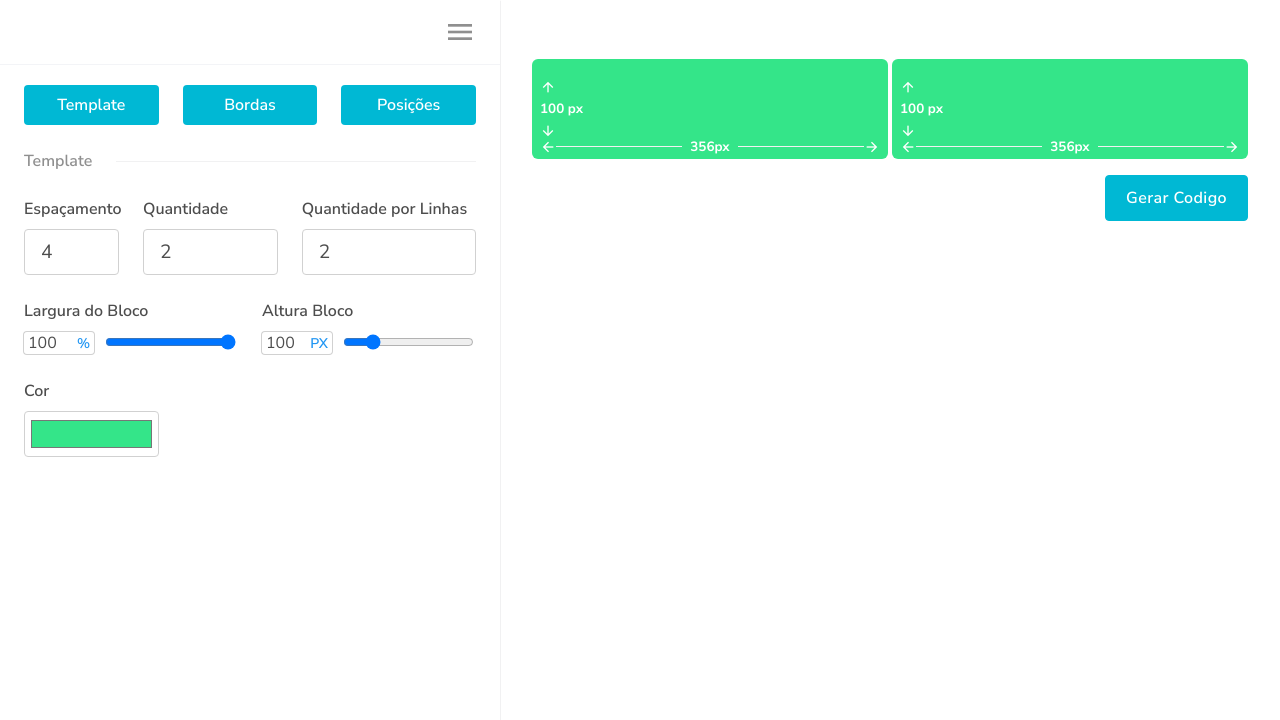
Repository: Flintdl/lowcode-elements
Page: /
These files come from the project's save history. The page is drawn as it stood at one moment and after the next save; the edit follows.
The browser window is 1280 px wide. The pictures show the whole page.
The project was rebuilt for these pictures with package versions that can differ from the ones it lists, and the page was loaded fresh each time. Also part of the build but not shown: vue.config.js.

Above is the page before, as saved 2022-04-06 13:54:55.

### src/assets/scss/_variables.scss
// Primarys Colors
$standardTextColor: #4d4d4d;

$primaryColor: #8e6dff;
$secondaryColor: #009997;
$buttonDisableColor: #9c9c9c;
$buttonDisableBgColor: #7676764d;

// Menu Colors

$bgMenuColor: #1d1d1d;
$linkMenuColor: #7b8089;
$iconMenuColor: #2a2a2a;
$borderMenuColor: #323232;

// Botão Colors

$btnPrimary: #00b8d4;
$btnPrimaryHover: #0085b0;

// Generics Colors

$whiteColor: #ffffff;
$mutedColor: #8f8f8f;
$cardColor: #f3f4f7;
$cardColorLight: #f9fafc;
$cardColorLightTwo: #f1f5fc;
$greyLight: #d1d1d1;

// Dropdown Colors

$dropdownHeaderColor: #5f5f5f;
$dropdownColor: #ebffff;

// State Colors

$successColor: #3dc661;
$dangerColor: #e7515a;
$warningColor: #e2a03f;
$infoColor: #2196f3;
$defaultColor: #172b4d;
$lightColor: #e0e0e0;

### src/views/HomeView.vue
<template>
  <div>
    <div class="sf-row">
      <div
        id="sf-preview-code-content"
        class="sf-col-12 sf-mx-auto sf-position-relative"
      >
        <div id="sf-preview-code">
          <div class="sf-row">
            <div
              :class="[
                'sf-col-12 sf-text-center sf-display-flex sf-flex-wrap sf-position-relative',
                'sf-justify-content-' + checkValue,
              ]"
            >
              <span
                v-bind:key="linha"
                :style="widthProps"
                class="sf-display-block sf-position-absolute"
                style="left: 0"
                v-for="linha of Number(quantidadeLinha)"
              >
                1
              </span>
            </div>
          </div>
          <div
            :style="gapProps"
            :class="[
              'sf-display-flex sf-flex-wrap sf-width-100',
              'sf-justify-content-' + checkValue,
            ]"
          >
            <DivGrid
              v-bind:key="n"
              v-for="n of quantidade"
              :tamanho="String(valor)"
              :altura="String(valorHeight)"
              :cssDefinido="cssProps"
              class="sf-position-relative"
            />
          </div>
        </div>
      </div>
      <div class="sf-col-12 sf-mt-3 sf-display-flex sf-justify-content-end">
        <button class="sf-btn sf-btn-primary" @click="gerarCodigo">
          Gerar Codigo
        </button>
      </div>
    </div>
    <div class="sf-row" v-if="htmlPreviewCode">
      <div class="sf-col-12 sf-mx-auto sf-mt-5 sf-code-content">
        <div class="sf-bg-code sf-p-4 sf-border-radius">
          <code>
            <span class="sf-text-info">Código do Preview</span> <br />
            {{ htmlPreviewCode }}
          </code>
        </div>
      </div>
    </div>
  </div>
</template>

<script>
// @ is an alias to /src

import DivGrid from "@/components/templates/DivGrid.vue";

export default {
  name: "HomeView",
  data: function () {
    return {
      htmlPreviewCode: null,
      gridLinhas: null,
    };
  },
  components: {
    DivGrid,
  },
  props: {
    valor: String,
    inputGap: String,
    quantidade: Number,
    valorHeight: String,
    quantidadeLinha: String,
    inputBorderRadius: String,
    checkValue: String,
    inputColor: String,
    inputBorder: String,
    inputBorderColor: String,
    inputBorderTipo: String,
  },
  computed: {
    cssProps() {
      return {
        width: `calc((${this.valor}% - ${this.inputGap}px * ${
          this.quantidadeLinha - "1"
        }) / ${this.quantidadeLinha})`,
        height: this.valorHeight + "px",
        "border-radius": this.inputBorderRadius + "px",
        "background-color": this.inputColor,
        border:
          this.inputBorder +
          "px" +
          " " +
          this.inputBorderTipo +
          " " +
          this.inputBorderColor,
      };
    },
    gapProps() {
      return {
        gap: this.inputGap + "px",
      };
    },
    widthProps() {
      return {
        width: `calc((${this.valor}% - ${this.inputGap}px * ${
          this.quantidadeLinha - "1"
        }) / ${this.quantidadeLinha})`,
        height: this.valorHeight + "px",
      };
    },
  },
  methods: {
    gerarCodigo() {
      this.htmlPreviewCode =
        document.getElementById("sf-preview-code").innerHTML;
    },
  },
};
</script>

<style>
#sf-grid-template:after {
  content: "";
  width: 100%;
  height: 150%;
  top: -25%;
  background-color: #ff008c0a;
  border: 1px solid rgba(255, 0, 140, 0.103);
  border-left: 2px solid #ff008c38;
  border-right: 2px solid #ff008c38;
  position: absolute;
}
</style>

### src/components/templates/InputGapTemplate.vue
<template>
  <div class="sf-col-3 sf-form-group">
    <label class="sf-label">Espaçamento</label>
    <input
      type="number"
      min="1"
      max="12"
      value="2"
      id="inputGap"
      v-model="valor"
      class="filter-states sf-text-capitalize"
      placeholder="Quantidade de Blocos"
    />
  </div>
</template>

<script>
export default {
  props: {
    valorInput: String,
  },
  computed: {
    valor: {
      get() {
        var inp = this.valorInput;
        return inp;
      },
      set(valorInput) {
        this.$emit("callback", valorInput);
      },
    },
  },
};
</script>

<style></style>

### src/components/templates/InputQuantidadeTemplate.vue
<template>
  <div class="sf-col-4 sf-form-group">
    <label class="sf-label">Quantidade</label>
    <input
      type="number"
      value="1"
      id="inputQuantidade"
      v-model="valor"
      class="filter-states sf-text-capitalize"
      placeholder="Quantidade de Blocos"
    />
  </div>
</template>

<script>
export default {
  props: {
    valorInput: String,
  },
  computed: {
    valor: {
      get() {
        var inp = this.valorInput;
        return inp;
      },
      set(valorInput) {
        this.$emit("callback", valorInput);
      },
    },
  },
};
</script>

<style></style>

### src/components/templates/InputQuantLinhasTemplate.vue
<template>
  <div class="sf-col-5 sf-form-group">
    <label class="sf-label">Quantidade por Linhas</label>
    <input
      type="number"
      min="1"
      max="12"
      value="1"
      id="inputQuantidadeLinha"
      v-model="valor"
      class="filter-states sf-text-capitalize"
      placeholder="Quantidade Linha"
    />
  </div>
</template>

<script>
export default {
  props: {
    valorInput: String,
  },
  computed: {
    valor: {
      get() {
        var inp = this.valorInput;
        return inp;
      },
      set(valorInput) {
        this.$emit("callback", valorInput);
      },
    },
  },
};
</script>

<style></style>

### src/components/templates/InputLarguraBloco.vue
<template>
  <div class="sf-col-6 sf-form-group">
    <label class="sf-label">Largura do Bloco</label>
    <div class="sf-input-group">
      <div
        class="sf-input-group-append sf-display-flex sf-justify-content-center"
      >
        <div
          class="sf-display-flex sf-align-items-center sf-justify-content-center sf-border-left-0 sf-border-radius sf-border-radius-left-0 sf-pr-2 sf-text-info sf-font-weight-bold sf-min-80-px"
        >
          <div class="sf-input-group">
            <input
              type="number"
              value="1"
              min="1"
              max="100"
              v-model="valor"
              class="sf-text-md sf-height-fit-content sf-pr-0 sf-pl-1 sf-border-right-0 sf-border-radius-right-0 sf-text-capitalize"
              placeholder="Curva da Borda"
            />
            <div
              class="sf-input-group-append sf-display-flex sf-justify-content-center"
            >
              <div
                class="sf-display-flex sf-align-items-center sf-border sf-justify-content-center sf-border-left-0 sf-border-radius sf-border-radius-left-0 sf-pr-1 sf-text-info sf-font-weight-bold sf-text-sm"
              >
                %
              </div>
            </div>
          </div>
        </div>
      </div>
      <input
        type="range"
        min="10"
        max="100"
        value="10"
        id="inputRange"
        v-model="valor"
        class="sf-px-0 sf-border-right-0 sf-border-radius-right-0 sf-text-capitalize"
      />
    </div>
  </div>
</template>

<script>
export default {
  props: {
    valorInput: String,
  },
  computed: {
    valor: {
      get() {
        var inp = this.valorInput;
        return inp;
      },
      set(valorInput) {
        this.$emit("callback", valorInput);
      },
    },
  },
};
</script>

<style></style>

### src/components/templates/InputAlturaBloco.vue
<template>
  <div class="sf-col-6 sf-form-group">
    <label class="sf-label">Altura Bloco</label>
    <div class="sf-input-group">
      <div
        class="sf-input-group-append sf-display-flex sf-justify-content-center"
      >
        <div
          class="sf-display-flex sf-align-items-center sf-justify-content-center sf-border-left-0 sf-border-radius sf-border-radius-left-0 sf-pr-2 sf-text-info sf-font-weight-bold sf-min-80-px"
        >
          <div class="sf-input-group">
            <input
              type="number"
              value="1"
              min="1"
              max="500"
              v-model="valor"
              class="sf-text-md sf-height-fit-content sf-pr-0 sf-pl-1 sf-border-right-0 sf-border-radius-right-0 sf-text-capitalize"
              placeholder="Curva da Borda"
            />
            <div
              class="sf-input-group-append sf-display-flex sf-justify-content-center"
            >
              <div
                class="sf-display-flex sf-align-items-center sf-border sf-justify-content-center sf-border-left-0 sf-border-radius sf-border-radius-left-0 sf-pr-1 sf-text-info sf-font-weight-bold sf-text-sm"
              >
                PX
              </div>
            </div>
          </div>
        </div>
      </div>
      <input
        type="range"
        min="10"
        max="500"
        id="valorHeight"
        v-model="valor"
        class="sf-px-0 sf-border-right-0 sf-border-radius-right-0 sf-text-capitalize"
      />
    </div>
  </div>
</template>

<script>
export default {
  props: {
    valorInput: String,
  },
  computed: {
    valor: {
      get() {
        var inp = this.valorInput;
        return inp;
      },
      set(valorInput) {
        this.$emit("callback", valorInput);
      },
    },
  },
};
</script>

<style></style>

### src/components/templates/InputBorderRadiusBloco.vue
<template>
  <div class="sf-col-6 sf-form-group">
    <label class="sf-label">Curva da Borda</label>
    <div class="sf-input-group">
      <div
        class="sf-input-group-append sf-display-flex sf-justify-content-center"
      >
        <div
          class="sf-display-flex sf-align-items-center sf-justify-content-center sf-border-left-0 sf-border-radius sf-border-radius-left-0 sf-pr-2 sf-text-info sf-font-weight-bold sf-min-80-px"
        >
          <div class="sf-input-group">
            <input
              type="number"
              value="1"
              min="1"
              max="50"
              v-model="valor"
              class="sf-text-md sf-height-fit-content sf-pr-0 sf-pl-1 sf-border-right-0 sf-border-radius-right-0 sf-text-capitalize"
              placeholder="Curva da Borda"
            />
            <div
              class="sf-input-group-append sf-display-flex sf-justify-content-center"
            >
              <div
                class="sf-display-flex sf-align-items-center sf-border sf-justify-content-center sf-border-left-0 sf-border-radius sf-border-radius-left-0 sf-pr-1 sf-text-info sf-font-weight-bold sf-text-sm"
              >
                PX
              </div>
            </div>
          </div>
        </div>
      </div>
      <input
        type="range"
        value="1"
        min="1"
        max="50"
        id="inputBorderRadius"
        v-model="valor"
        class="sf-px-0 sf-border-right-0 sf-border-radius-right-0 sf-text-capitalize"
        placeholder="Curva da Borda"
      />
    </div>
  </div>
</template>

<script>
export default {
  props: {
    valorInput: String,
  },
  computed: {
    valor: {
      get() {
        var inp = this.valorInput;
        return inp;
      },
      set(valorInput) {
        this.$emit("callback", valorInput);
      },
    },
  },
};
</script>

<style></style>

### src/components/templates/InputBorderBloco.vue
<template>
  <div class="sf-col-6 sf-form-group">
    <label class="sf-label">Tamanho da Borda</label>
    <div class="sf-input-group">
      <div
        class="sf-input-group-append sf-display-flex sf-justify-content-center"
      >
        <div
          class="sf-display-flex sf-align-items-center sf-justify-content-center sf-border-left-0 sf-border-radius sf-border-radius-left-0 sf-pr-2 sf-text-info sf-font-weight-bold sf-min-80-px"
        >
          <div class="sf-input-group">
            <input
              type="number"
              value="1"
              min="1"
              max="50"
              v-model="valor"
              class="sf-text-md sf-height-fit-content sf-pr-0 sf-pl-1 sf-border-right-0 sf-border-radius-right-0 sf-text-capitalize"
              placeholder="Curva da Borda"
            />
            <div
              class="sf-input-group-append sf-display-flex sf-justify-content-center"
            >
              <div
                class="sf-display-flex sf-align-items-center sf-border sf-justify-content-center sf-border-left-0 sf-border-radius sf-border-radius-left-0 sf-pr-1 sf-text-info sf-font-weight-bold sf-text-sm"
              >
                PX
              </div>
            </div>
          </div>
        </div>
      </div>
      <input
        type="range"
        value="1"
        min="0"
        max="24"
        id="inputBorder"
        v-model="valor"
        class="sf-px-0 sf-border-right-0 sf-border-radius-right-0 sf-text-capitalize"
        placeholder="Curva da Borda"
      />
    </div>
  </div>
</template>

<script>
export default {
  props: {
    valorInput: String,
  },
  computed: {
    valor: {
      get() {
        var inp = this.valorInput;
        return inp;
      },
      set(valorInput) {
        this.$emit("callback", valorInput);
      },
    },
  },
};
</script>

<style></style>

### src/components/templates/InputPosicaoBloco.vue
<template>
  <div class="sf-row">
    <div class="sf-col-12 sf-form-group">
      <span
        class="sf-text-md sf-font-weight-bold sf-text-muted sf-display-flex sf-align-items-center"
      >
        Posições
        <hr class="sf-width-100 sf-ml-4" />
      </span>
    </div>
    <div class="sf-col-auto sf-form-group">
      <input
        id="start"
        type="radio"
        name="positionDivs"
        v-model="valor"
        value="start"
        checked
      />
      <label for="start"> Esquerda</label>
    </div>

    <div class="sf-col-auto sf-form-group">
      <input
        type="radio"
        id="center"
        name="positionDivs"
        v-model="valor"
        value="center"
      />
      <label for="center"> Centro</label>
    </div>

    <div class="sf-col-auto sf-form-group">
      <input
        type="radio"
        id="end"
        name="positionDivs"
        v-model="valor"
        value="end"
      />
      <label for="end"> Final</label>
    </div>
    <div class="sf-col-auto sf-form-group">
      <input
        type="radio"
        id="between"
        name="positionDivs"
        v-model="valor"
        value="between"
      />
      <label for="between"> Laterais</label>
    </div>
    <div class="sf-col-auto sf-form-group">
      <input
        type="radio"
        id="around"
        name="positionDivs"
        v-model="valor"
        value="around"
      />
      <label for="around"> Meio</label>
    </div>
  </div>
</template>

<script>
export default {
  props: {
    valorInput: String,
  },
  computed: {
    valor: {
      get() {
        var inp = this.valorInput;
        return inp;
      },
      set(valorInput) {
        this.$emit("callback", valorInput);
      },
    },
  },
};
</script>

<style></style>

### src/components/templates/InputBorderCorBloco.vue
<template>
  <div class="sf-col sf-form-group">
    <label class="sf-label">Cor</label>
    <input
      type="color"
      id="inputBorderColor"
      v-model="valor"
      class="sf-p-1 sf-text-capitalize"
      placeholder="Quantidade de Blocos"
    />
  </div>
</template>

<script>
export default {
  props: {
    valorInput: String,
  },
  computed: {
    valor: {
      get() {
        var inp = this.valorInput;
        return inp;
      },
      set(valorInput) {
        this.$emit("callback", valorInput);
      },
    },
  },
};
</script>

<style></style>

### src/components/templates/InputBorderTipoBloco.vue
<template>
  <div class="sf-col-10 sf-form-group">
    <label class="sf-label">Tipo de Borda</label>
    <select
      id="inputBorderTipo"
      v-model="control"
      :items="items"
      @change="onSelectType"
      class="sf-text-capitalize"
    >
      <option
        v-bind:key="item.value"
        :value="item.value"
        :disabled="!item.value"
        v-for="item of items"
      >
        {{ item.label }}
      </option>
    </select>
  </div>
</template>

<script>
export default {
  props: {
    valorInput: String,
  },
  data: () => {
    return {
      items: [
        { label: "Solid", value: "solid" },
        { label: "Dashed", value: "dashed" },
      ],
    };
  },
  computed: {
    control: {
      get() {
        return this.valorInput;
      },
      set(valorInput) {
        this.$emit("callback", valorInput);
      },
    },
  },
  methods: {
    onSelectType(event) {
      this.$emit("change", event);
    },
  },
};
</script>

<style></style>

### src/components/templates/DivGrid.vue
<template>
  <div
    class="sf-position-relative sf-overflow-hidden"
    :style="cssDefinido"
    ref="container"
  >
    <div
      class="sf-height-position sf-position-absolute sf-display-flex sf-flex-column sf-px-2"
    >
      <i
        class="mdi mdi-arrow-up sf-text-md sf-text-white sf-dropdown-action"
      ></i>
      <span class="sf-text-white sf-font-weight-extra-bold sf-text-center">
        {{ altura }}
        px
      </span>
      <i
        class="mdi mdi-arrow-down sf-text-md sf-text-white sf-dropdown-action"
      ></i>
    </div>
    <div
      class="sf-width-position sf-width-100 sf-position-absolute sf-display-flex sf-align-items-center sf-px-2"
    >
      <i
        class="mdi mdi-arrow-left sf-text-md sf-text-white sf-dropdown-action"
      ></i>
      <hr class="sf-width-100 sf-mr-2" />
      <span class="sf-text-white sf-font-weight-extra-bold sf-text-center">
        {{ larguraPixel }}px
      </span>
      <hr class="sf-width-100 sf-ml-2" />
      <i
        class="mdi mdi-arrow-right sf-text-md sf-text-white sf-dropdown-action"
      ></i>
    </div>
  </div>
</template>

<script>
export default {
  data() {
    return {
      larguraPixel: null,
    };
  },
  mounted() {
    this.larguraPixel = this.$refs.container?.offsetWidth;
  },

  props: {
    cssDefinido: Object,
    tamanho: String,
    altura: String,
  },
  created() {
    this.$watch("tamanho", () => {
      this.larguraPixel = this.$refs.container?.offsetWidth;
    });
  },
};
</script>

<style lang="scss" scoped>
.sf-height-position,
.sf-width-position {
  font-size: 1.4ch;
}
.sf-height-position {
  transform: translateY(-50%);
  left: 0;
  top: 50%;
}
.sf-width-position {
  transform: translateX(-50%);
  bottom: 0;
  left: 50%;
}
</style>

Loaded but not shown: public/index.html (common file); src/main.js (common file); src/App.vue (common file); src/registerServiceWorker.js (common file); src/router/index.js (common file); src/assets/scss/materialdesignicons.scss (9 lines, source omitted); src/assets/scss/style.scss (4102 lines, source omitted); src/components/Menu/MenuTemplate.vue (297 lines, source omitted); src/assets/scss/menu.scss (402 lines, source omitted); src/assets/scss/standard.scss (381 lines, source omitted)

After the next save:
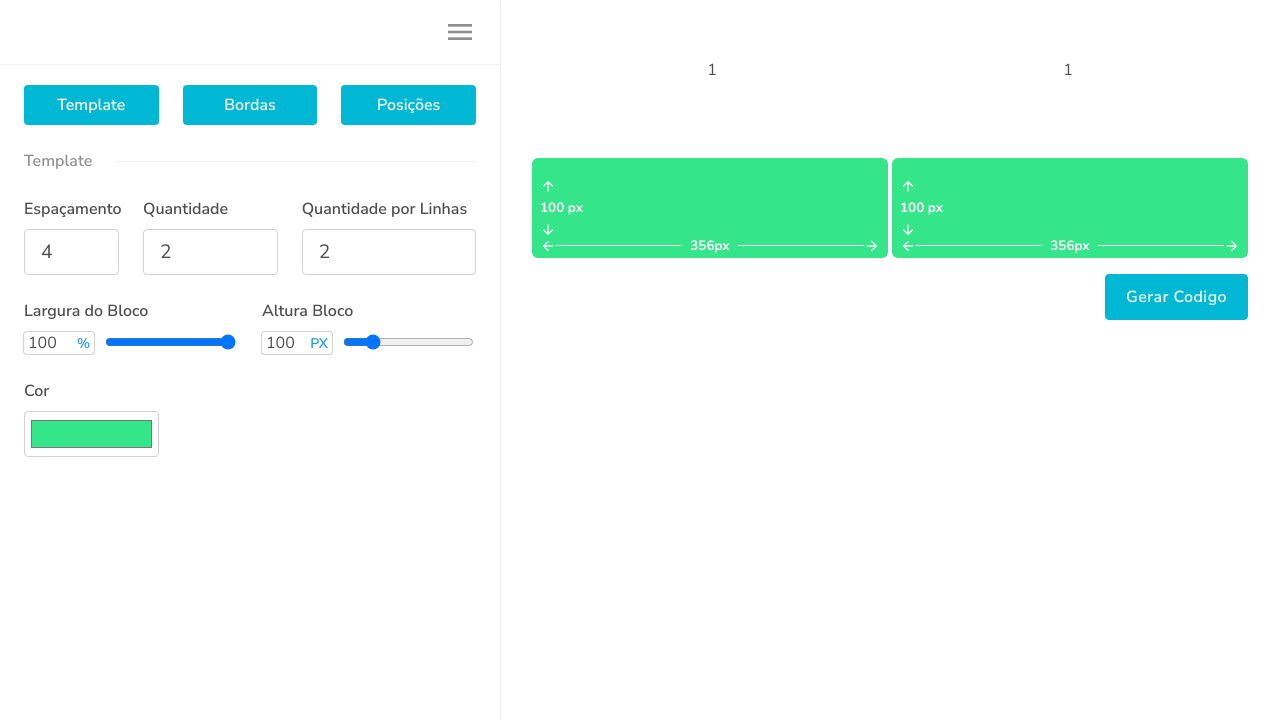
Saved 39 s later.
--- a/src/views/HomeView.vue
+++ b/src/views/HomeView.vue
@@ -9,18 +9,17 @@
           <div class="sf-row">
             <div
               :class="[
-                'sf-col-12 sf-text-center sf-display-flex sf-flex-wrap sf-position-relative',
+                'sf-col-12 sf-text-center sf-display-flex sf-flex-wrap',
                 'sf-justify-content-' + checkValue,
               ]"
             >
               <span
                 v-bind:key="linha"
                 :style="widthProps"
-                class="sf-display-block sf-position-absolute"
-                style="left: 0"
+                class="sf-display-block sf-position-relative"
                 v-for="linha of Number(quantidadeLinha)"
               >
-                1
+                <div style="left: 0" class="sf-position-relative">1</div>
               </span>
             </div>
           </div>
